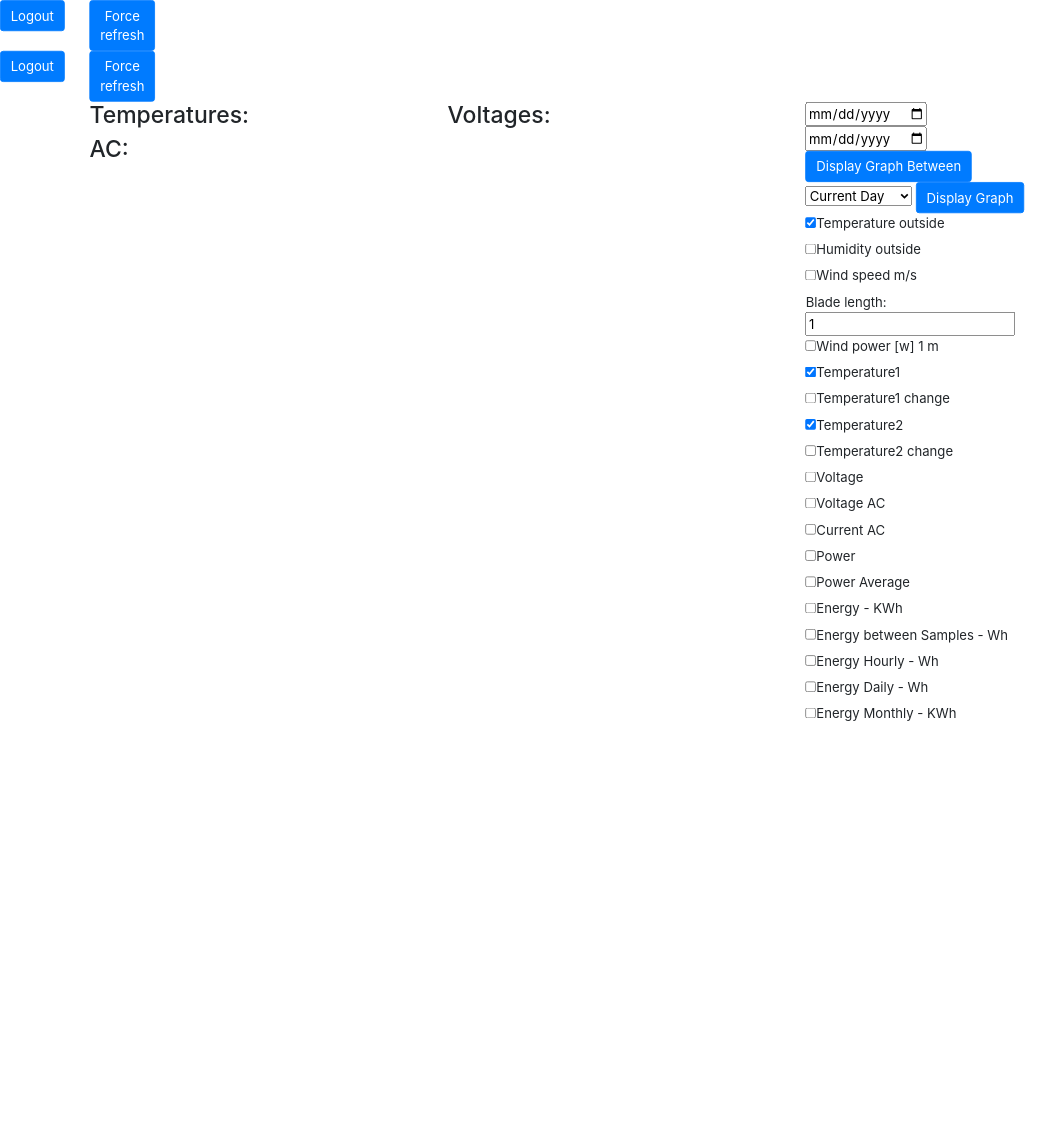
Repository: duicul/flaskRaspberryApp
Page: flask_pydev/templates/home_measure.html
An editor plug-in stored every save of this project. The page is shown before and after the next save, followed by the edit.
The browser window is 1280 px wide. The page is 1295 px wide, so the pictures cover 1295 px, including what lies to the right of the window. The pictures show the whole page, at 82% of full size.
The page's requests for data from a server got no answer.

Above is the page before, as saved 2021-06-24 07:49:06.

After the next save:
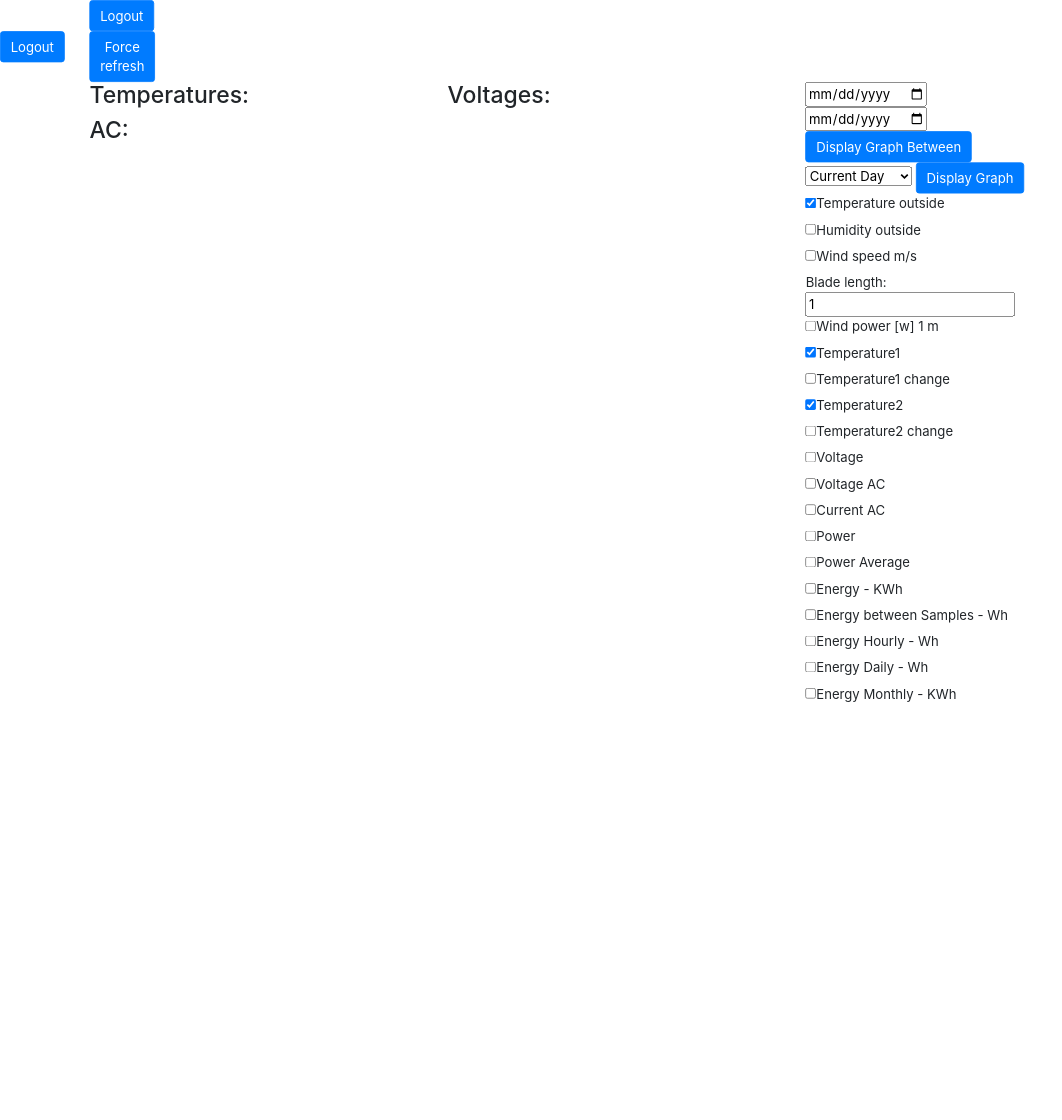
Saved 21 s later.
--- a/flask_pydev/templates/home_measure.html
+++ b/flask_pydev/templates/home_measure.html
@@ -24,10 +24,10 @@ background-color:rgb(100,120,180);
 
 <div class="row">
     <div class="col-md-1">
-    <a class="btn btn-primary" href="/logout">Logout</a>
+
     </div>
     <div class="col-md-1">
-        <button type="button" class="btn btn-primary" onclick="force_refresh();">Force refresh</button>
+        <a class="btn btn-primary" href="/logout">Logout</a>
     </div>
     <div class="col-md-10" id="weather_status">
     </div>
